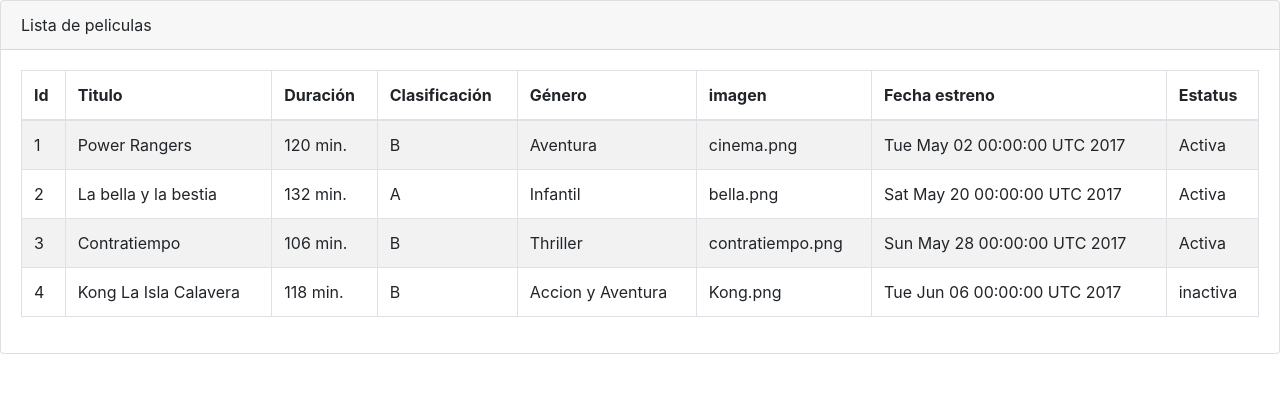
Repository: carlosgijon/Curso-Spring-e-Hibernate
Page: http://localhost/cineapp/
These files come from the project's save history. The page is drawn as it stood at one moment and after the next save; the edit follows.
The browser window is 1280 px wide. The pictures show the whole page.
The page is served by Tomcat 9.

Above is the page before, as saved 2018-10-01 11:39:10.
Console error: TypeError: Cannot read properties of undefined (reading 'fn')

After the next save:
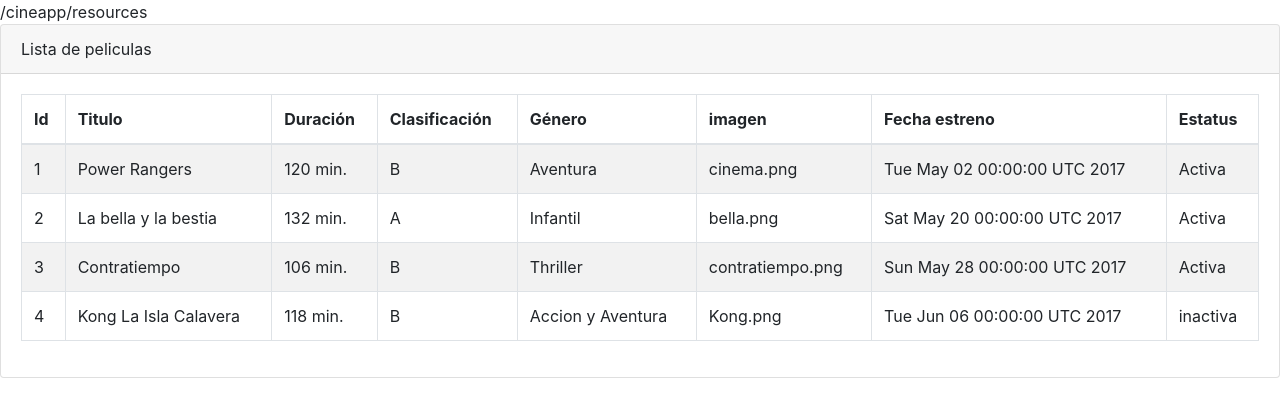
Saved 22 h 14 min later.
--- a/cineapp/webapp/WEB-INF/views/home.jsp
+++ b/cineapp/webapp/WEB-INF/views/home.jsp
@@ -3,6 +3,9 @@
 
 <!-- Agregamos la libreria jstl para recorrer el listado de peliculas  -->
 <%@taglib uri="http://java.sun.com/jsp/jstl/core" prefix="c"%>
+
+<!-- RECURSOS ESTATICOS -->
+<%@taglib uri="http://www.springframework.org/tags" prefix="spring"%>
 
 <!DOCTYPE html>
 <html>
@@ -13,8 +16,13 @@
 <!-- BOOTSTRAP -->
 <link rel="stylesheet" href="https://stackpath.bootstrapcdn.com/bootstrap/4.1.3/css/bootstrap.min.css" integrity="sha384-MCw98/SFnGE8fJT3GXwEOngsV7Zt27NXFoaoApmYm81iuXoPkFOJwJ8ERdknLPMO" crossorigin="anonymous">
 <script src="https://stackpath.bootstrapcdn.com/bootstrap/4.1.3/js/bootstrap.min.js" integrity="sha384-ChfqqxuZUCnJSK3+MXmPNIyE6ZbWh2IMqE241rYiqJxyMiZ6OW/JmZQ5stwEULTy" crossorigin="anonymous"></script>
+
+<!-- Para que funciones el tag library -->
+<spring:url value="/resources" var="urlPublic" />
+
 </head>
 <body>
+${urlPublic }
 	<%--
 	<h1>Lista de peliculas</h1>
 	<ol>
